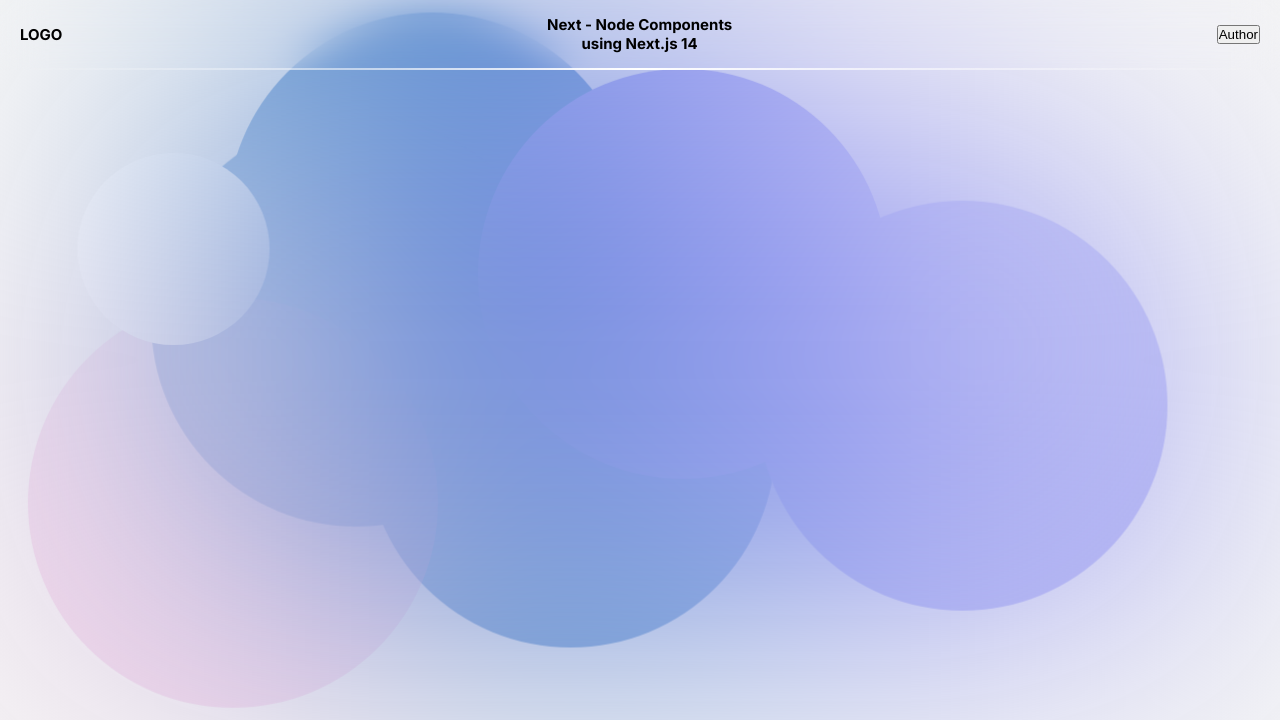
Repository: keval-gohil/komponents
Page: /
The author's editor kept a copy of each file at every save. The page is drawn from the files as they stood at one save, then again after a run of saves.
The browser window is 1280 px wide. The pictures show the whole page.
The project was rebuilt for these pictures with package versions that can differ from the ones it lists, and the page was loaded fresh each time. The framework's server and built-in components were replaced by stand-ins that run in the browser. Also part of the build but not shown: next.config.mjs.

Above is the page before, as saved 2024-03-07 11:52:03.

After the next 2 saves:
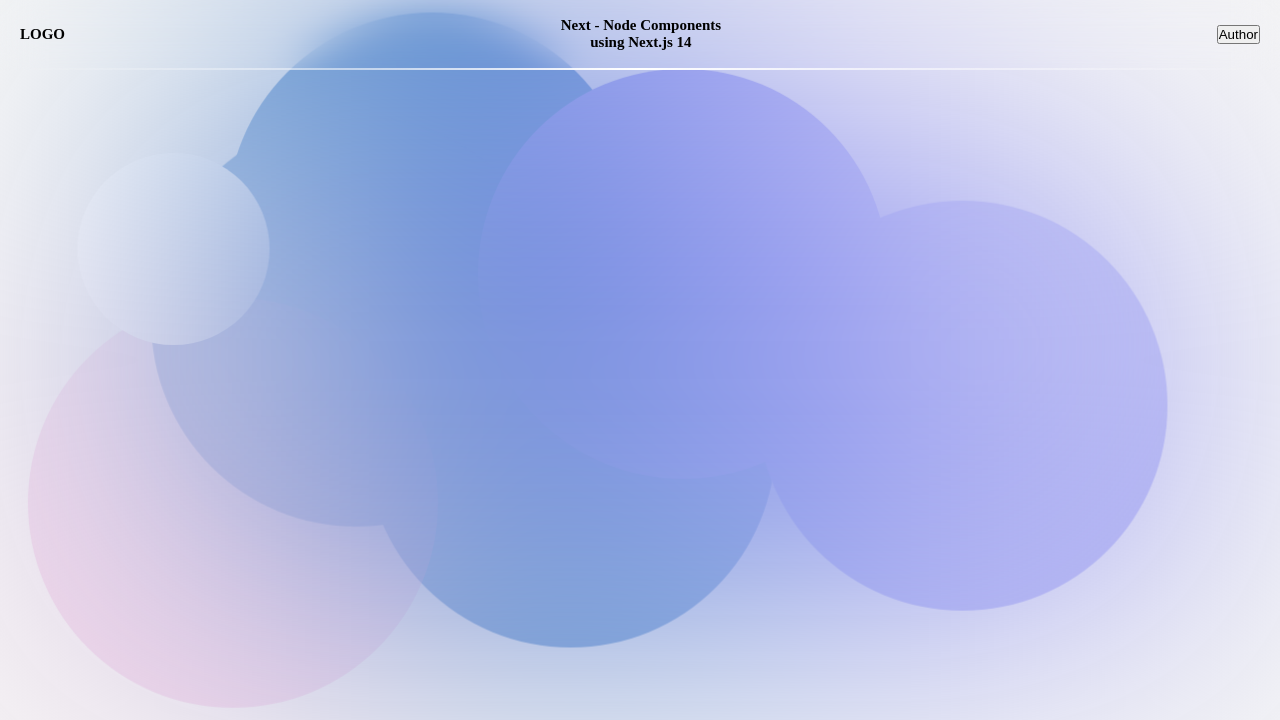
The 2 saves are shown as one change because 1 did not build or start.
The last was saved 11 min 12 s later.
--- a/app/layout.js
+++ b/app/layout.js
@@ -1,7 +1,5 @@
-import { Inter } from "next/font/google";
 import "./globals.css";
 
-const inter = Inter({ subsets: ["latin"] });
 
 export const metadata = {
   title: "Komponents | Next-Node",
@@ -11,7 +9,7 @@
 export default function RootLayout({ children }) {
   return (
     <html lang="en" suppressHydrationWarning={true}>
-      <body className={inter.className}>{children}</body>
+      <body>{children}</body>
     </html>
   );
 }

After the save that followed:
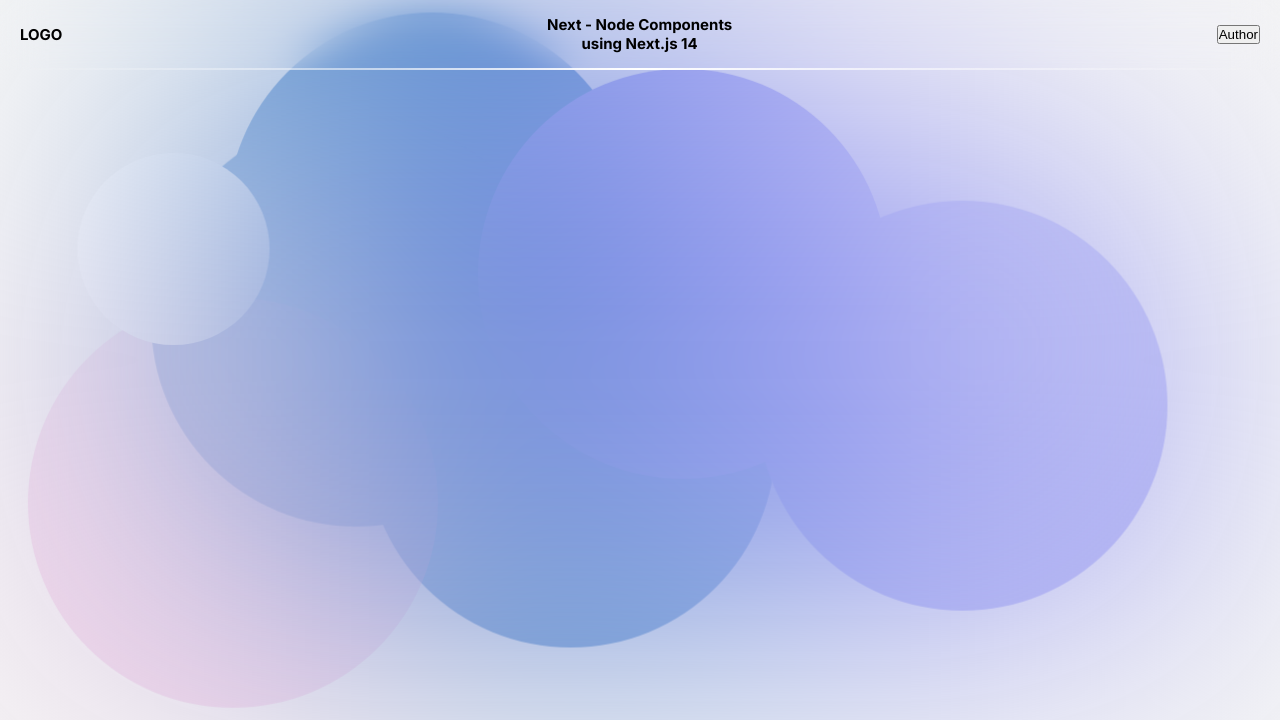
Saved 38 s later.
--- a/app/layout.js
+++ b/app/layout.js
@@ -1,5 +1,7 @@
+import { Inter } from "next/font/google";
 import "./globals.css";
 
+const inter = Inter({ subsets: ["latin"] });
 
 export const metadata = {
   title: "Komponents | Next-Node",
@@ -9,7 +11,7 @@
 export default function RootLayout({ children }) {
   return (
     <html lang="en" suppressHydrationWarning={true}>
-      <body>{children}</body>
+      <body className={inter.className}>{children}</body>
     </html>
   );
 }
